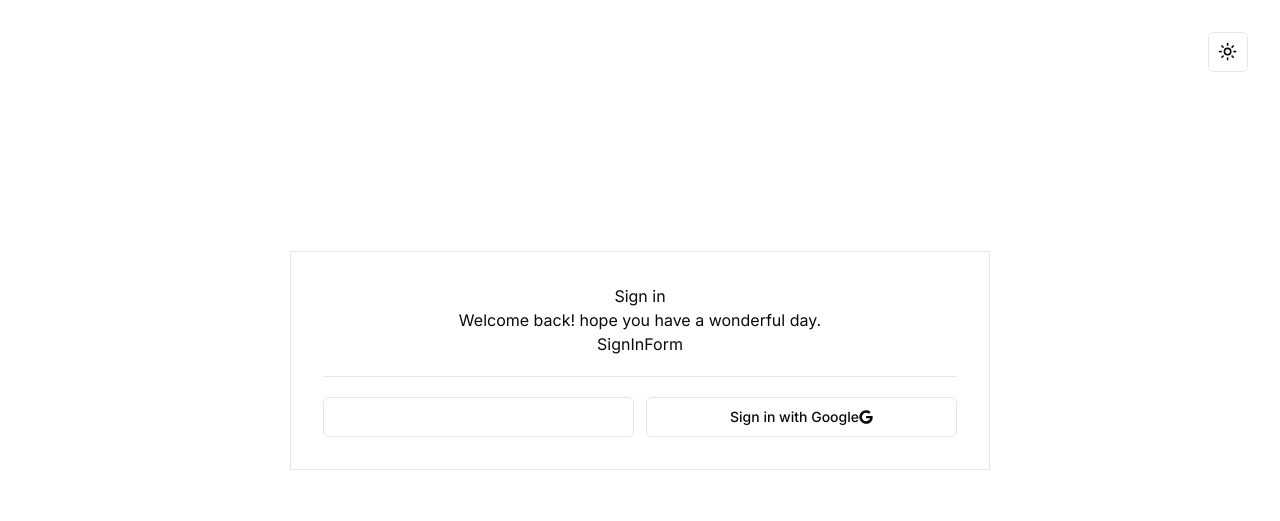
Repository: nickgoel31/authentication-toolkit
Page: /sign-in
The author's editor kept a copy of each file at every save. The page is drawn from the files as they stood at one save, then again after the next save.
The browser window is 1280 px wide. The pictures show the whole page.
The project was rebuilt for these pictures with package versions that can differ from the ones it lists, and the page was loaded fresh each time. The framework's server and built-in components were replaced by stand-ins that run in the browser. Also part of the build but not shown: next.config.mjs.

Above is the page before, as saved 2024-02-04 13:24:56.

### app/layout.tsx
import type { Metadata } from "next";
import { Inter } from "next/font/google";
import "./globals.css";
import { ThemeProvider } from "@/providers/theme-provider";
import { ModeToggle } from "@/components/mode-toggle";

const inter = Inter({ subsets: ["latin"] });

export const metadata: Metadata = {
  title: "Authentication App",
  description: "Generated by create next app",
};

export default function RootLayout({
  children,
}: Readonly<{
  children: React.ReactNode;
}>) {
  return (
    <html lang="en">
      <body className={inter.className}>
      <ThemeProvider
        attribute="class"
        defaultTheme="system"
        enableSystem
        disableTransitionOnChange
        >
        <div className="relative h-full">
          {children}
          <div className="absolute top-8 right-8">
            <ModeToggle />
          </div>
        </div>

      </ThemeProvider>
      </body>
    </html>
  );
}

### app/(auth)/layout.tsx
import React from 'react'

const AuthLayout = ({children} : {children:React.ReactNode}) => {
  return (
    <div className='h-full flex flex-col items-center justify-center'>
        {children}
    </div>
  )
}

export default AuthLayout

### app/(auth)/sign-in/page.tsx
import FormWrapper from '@/components/auth/form-wrapper'
import SignInForm from '@/components/auth/sign-in-form'
import React from 'react'

const SignInPage = () => {
  return (
    <FormWrapper
    title='Sign in'
    tag='Welcome back! hope you have a wonderful day.'
    backHref='/sign-up'
    backLabel="Don't have an account?"
    showSocial
    >
      <SignInForm />
    </FormWrapper>
  )
}

export default SignInPage

### app/globals.css
@tailwind base;
@tailwind components;
@tailwind utilities;

html,body{
  height: 100%;
}

@layer base {
  :root {
    --background: 0 0% 100%;
    --foreground: 0 0% 3.9%;

    --card: 0 0% 100%;
    --card-foreground: 0 0% 3.9%;

    --popover: 0 0% 100%;
    --popover-foreground: 0 0% 3.9%;

    --primary: 0 0% 9%;
    --primary-foreground: 0 0% 98%;

    --secondary: 0 0% 96.1%;
    --secondary-foreground: 0 0% 9%;

    --muted: 0 0% 96.1%;
    --muted-foreground: 0 0% 45.1%;

    --accent: 0 0% 96.1%;
    --accent-foreground: 0 0% 9%;

    --destructive: 0 84.2% 60.2%;
    --destructive-foreground: 0 0% 98%;

    --border: 0 0% 89.8%;
    --input: 0 0% 89.8%;
    --ring: 0 0% 3.9%;

    --radius: 0.5rem;
  }

  .dark {
    --background: 0 0% 3.9%;
    --foreground: 0 0% 98%;

    --card: 0 0% 3.9%;
    --card-foreground: 0 0% 98%;

    --popover: 0 0% 3.9%;
    --popover-foreground: 0 0% 98%;

    --primary: 0 0% 98%;
    --primary-foreground: 0 0% 9%;

    --secondary: 0 0% 14.9%;
    --secondary-foreground: 0 0% 98%;

    --muted: 0 0% 14.9%;
    --muted-foreground: 0 0% 63.9%;

    --accent: 0 0% 14.9%;
    --accent-foreground: 0 0% 98%;

    --destructive: 0 62.8% 30.6%;
    --destructive-foreground: 0 0% 98%;

    --border: 0 0% 14.9%;
    --input: 0 0% 14.9%;
    --ring: 0 0% 83.1%;
  }
}

@layer base {
  * {
    @apply border-border;
  }
  body {
    @apply bg-background text-foreground;
  }
}

### components/mode-toggle.tsx
"use client"

import * as React from "react"
import { Moon, Sun } from "lucide-react"
import { useTheme } from "next-themes"

import { Button } from "@/components/ui/button"
import {
  DropdownMenu,
  DropdownMenuContent,
  DropdownMenuItem,
  DropdownMenuTrigger,
} from "@/components/ui/dropdown-menu"

export function ModeToggle() {
  const { setTheme } = useTheme()

  return (
    <DropdownMenu>
      <DropdownMenuTrigger asChild>
        <Button variant="outline" size="icon">
          <Sun className="h-[1.2rem] w-[1.2rem] rotate-0 scale-100 transition-all dark:-rotate-90 dark:scale-0" />
          <Moon className="absolute h-[1.2rem] w-[1.2rem] rotate-90 scale-0 transition-all dark:rotate-0 dark:scale-100" />
          <span className="sr-only">Toggle theme</span>
        </Button>
      </DropdownMenuTrigger>
      <DropdownMenuContent align="end">
        <DropdownMenuItem onClick={() => setTheme("light")}>
          Light
        </DropdownMenuItem>
        <DropdownMenuItem onClick={() => setTheme("dark")}>
          Dark
        </DropdownMenuItem>
        <DropdownMenuItem onClick={() => setTheme("system")}>
          System
        </DropdownMenuItem>
      </DropdownMenuContent>
    </DropdownMenu>
  )
}

### components/auth/form-wrapper.tsx
import React from 'react'
import { Button } from '../ui/button';
import { FaGoogle } from 'react-icons/fa6';

interface FormWrapperProps {
    children:React.ReactNode;
    title?: string | undefined;
    tag?: string | undefined;
    showSocial?: boolean;
    backHref?: string | undefined;
    backLabel?: string | undefined;
}

const FormWrapper = ({children, title, tag, backHref, backLabel, showSocial=false} : FormWrapperProps) => {
  return (
    <div className='flex flex-col items-center justify-center text-center p-8 border w-[700px]'>
        <h2>{title}</h2>
        <p>{tag}</p>
        {children}

        <div className='w-full'>
            {showSocial && (
                <>
                    <hr  className='mt-5 mb-5'/>
                    <div className='flex items-center justify-center gap-3 w-full'>
                        <Button variant={'outline'} className='w-full'></Button>
                        <Button variant={'outline'} className='w-full'>Sign in with  Google<FaGoogle /></Button>
                    </div>
                </>
            )}
        </div>
    </div>
  )
}

export default FormWrapper

### components/ui/button.tsx
import * as React from "react"
import { Slot } from "@radix-ui/react-slot"
import { cva, type VariantProps } from "class-variance-authority"

import { cn } from "@/lib/utils"

const buttonVariants = cva(
  "inline-flex items-center justify-center whitespace-nowrap rounded-md text-sm font-medium ring-offset-background transition-colors focus-visible:outline-none focus-visible:ring-2 focus-visible:ring-ring focus-visible:ring-offset-2 disabled:pointer-events-none disabled:opacity-50",
  {
    variants: {
      variant: {
        default: "bg-primary text-primary-foreground hover:bg-primary/90",
        destructive:
          "bg-destructive text-destructive-foreground hover:bg-destructive/90",
        outline:
          "border border-input bg-background hover:bg-accent hover:text-accent-foreground",
        secondary:
          "bg-secondary text-secondary-foreground hover:bg-secondary/80",
        ghost: "hover:bg-accent hover:text-accent-foreground",
        link: "text-primary underline-offset-4 hover:underline",
      },
      size: {
        default: "h-10 px-4 py-2",
        sm: "h-9 rounded-md px-3",
        lg: "h-11 rounded-md px-8",
        icon: "h-10 w-10",
      },
    },
    defaultVariants: {
      variant: "default",
      size: "default",
    },
  }
)

export interface ButtonProps
  extends React.ButtonHTMLAttributes<HTMLButtonElement>,
    VariantProps<typeof buttonVariants> {
  asChild?: boolean
}

const Button = React.forwardRef<HTMLButtonElement, ButtonProps>(
  ({ className, variant, size, asChild = false, ...props }, ref) => {
    const Comp = asChild ? Slot : "button"
    return (
      <Comp
        className={cn(buttonVariants({ variant, size, className }))}
        ref={ref}
        {...props}
      />
    )
  }
)
Button.displayName = "Button"

export { Button, buttonVariants }

### components/ui/dropdown-menu.tsx
"use client"

import * as React from "react"
import * as DropdownMenuPrimitive from "@radix-ui/react-dropdown-menu"
import { Check, ChevronRight, Circle } from "lucide-react"

import { cn } from "@/lib/utils"

const DropdownMenu = DropdownMenuPrimitive.Root

const DropdownMenuTrigger = DropdownMenuPrimitive.Trigger

const DropdownMenuGroup = DropdownMenuPrimitive.Group

const DropdownMenuPortal = DropdownMenuPrimitive.Portal

const DropdownMenuSub = DropdownMenuPrimitive.Sub

const DropdownMenuRadioGroup = DropdownMenuPrimitive.RadioGroup

const DropdownMenuSubTrigger = React.forwardRef<
  React.ElementRef<typeof DropdownMenuPrimitive.SubTrigger>,
  React.ComponentPropsWithoutRef<typeof DropdownMenuPrimitive.SubTrigger> & {
    inset?: boolean
  }
>(({ className, inset, children, ...props }, ref) => (
  <DropdownMenuPrimitive.SubTrigger
    ref={ref}
    className={cn(
      "flex cursor-default select-none items-center rounded-sm px-2 py-1.5 text-sm outline-none focus:bg-accent data-[state=open]:bg-accent",
      inset && "pl-8",
      className
    )}
    {...props}
  >
    {children}
    <ChevronRight className="ml-auto h-4 w-4" />
  </DropdownMenuPrimitive.SubTrigger>
))
DropdownMenuSubTrigger.displayName =
  DropdownMenuPrimitive.SubTrigger.displayName

const DropdownMenuSubContent = React.forwardRef<
  React.ElementRef<typeof DropdownMenuPrimitive.SubContent>,
  React.ComponentPropsWithoutRef<typeof DropdownMenuPrimitive.SubContent>
>(({ className, ...props }, ref) => (
  <DropdownMenuPrimitive.SubContent
    ref={ref}
    className={cn(
      "z-50 min-w-[8rem] overflow-hidden rounded-md border bg-popover p-1 text-popover-foreground shadow-lg data-[state=open]:animate-in data-[state=closed]:animate-out data-[state=closed]:fade-out-0 data-[state=open]:fade-in-0 data-[state=closed]:zoom-out-95 data-[state=open]:zoom-in-95 data-[side=bottom]:slide-in-from-top-2 data-[side=left]:slide-in-from-right-2 data-[side=right]:slide-in-from-left-2 data-[side=top]:slide-in-from-bottom-2",
      className
    )}
    {...props}
  />
))
DropdownMenuSubContent.displayName =
  DropdownMenuPrimitive.SubContent.displayName

const DropdownMenuContent = React.forwardRef<
  React.ElementRef<typeof DropdownMenuPrimitive.Content>,
  React.ComponentPropsWithoutRef<typeof DropdownMenuPrimitive.Content>
>(({ className, sideOffset = 4, ...props }, ref) => (
  <DropdownMenuPrimitive.Portal>
    <DropdownMenuPrimitive.Content
      ref={ref}
      sideOffset={sideOffset}
      className={cn(
        "z-50 min-w-[8rem] overflow-hidden rounded-md border bg-popover p-1 text-popover-foreground shadow-md data-[state=open]:animate-in data-[state=closed]:animate-out data-[state=closed]:fade-out-0 data-[state=open]:fade-in-0 data-[state=closed]:zoom-out-95 data-[state=open]:zoom-in-95 data-[side=bottom]:slide-in-from-top-2 data-[side=left]:slide-in-from-right-2 data-[side=right]:slide-in-from-left-2 data-[side=top]:slide-in-from-bottom-2",
        className
      )}
      {...props}
    />
  </DropdownMenuPrimitive.Portal>
))
DropdownMenuContent.displayName = DropdownMenuPrimitive.Content.displayName

const DropdownMenuItem = React.forwardRef<
  React.ElementRef<typeof DropdownMenuPrimitive.Item>,
  React.ComponentPropsWithoutRef<typeof DropdownMenuPrimitive.Item> & {
    inset?: boolean
  }
>(({ className, inset, ...props }, ref) => (
  <DropdownMenuPrimitive.Item
    ref={ref}
    className={cn(
      "relative flex cursor-default select-none items-center rounded-sm px-2 py-1.5 text-sm outline-none transition-colors focus:bg-accent focus:text-accent-foreground data-[disabled]:pointer-events-none data-[disabled]:opacity-50",
      inset && "pl-8",
      className
    )}
    {...props}
  />
))
DropdownMenuItem.displayName = DropdownMenuPrimitive.Item.displayName

const DropdownMenuCheckboxItem = React.forwardRef<
  React.ElementRef<typeof DropdownMenuPrimitive.CheckboxItem>,
  React.ComponentPropsWithoutRef<typeof DropdownMenuPrimitive.CheckboxItem>
>(({ className, children, checked, ...props }, ref) => (
  <DropdownMenuPrimitive.CheckboxItem
    ref={ref}
    className={cn(
      "relative flex cursor-default select-none items-center rounded-sm py-1.5 pl-8 pr-2 text-sm outline-none transition-colors focus:bg-accent focus:text-accent-foreground data-[disabled]:pointer-events-none data-[disabled]:opacity-50",
      className
    )}
    checked={checked}
    {...props}
  >
    <span className="absolute left-2 flex h-3.5 w-3.5 items-center justify-center">
      <DropdownMenuPrimitive.ItemIndicator>
        <Check className="h-4 w-4" />
      </DropdownMenuPrimitive.ItemIndicator>
    </span>
    {children}
  </DropdownMenuPrimitive.CheckboxItem>
))
DropdownMenuCheckboxItem.displayName =
  DropdownMenuPrimitive.CheckboxItem.displayName

const DropdownMenuRadioItem = React.forwardRef<
  React.ElementRef<typeof DropdownMenuPrimitive.RadioItem>,
  React.ComponentPropsWithoutRef<typeof DropdownMenuPrimitive.RadioItem>
>(({ className, children, ...props }, ref) => (
  <DropdownMenuPrimitive.RadioItem
    ref={ref}
    className={cn(
      "relative flex cursor-default select-none items-center rounded-sm py-1.5 pl-8 pr-2 text-sm outline-none transition-colors focus:bg-accent focus:text-accent-foreground data-[disabled]:pointer-events-none data-[disabled]:opacity-50",
      className
    )}
    {...props}
  >
    <span className="absolute left-2 flex h-3.5 w-3.5 items-center justify-center">
      <DropdownMenuPrimitive.ItemIndicator>
        <Circle className="h-2 w-2 fill-current" />
      </DropdownMenuPrimitive.ItemIndicator>
    </span>
    {children}
  </DropdownMenuPrimitive.RadioItem>
))
DropdownMenuRadioItem.displayName = DropdownMenuPrimitive.RadioItem.displayName

const DropdownMenuLabel = React.forwardRef<
  React.ElementRef<typeof DropdownMenuPrimitive.Label>,
  React.ComponentPropsWithoutRef<typeof DropdownMenuPrimitive.Label> & {
    inset?: boolean
  }
>(({ className, inset, ...props }, ref) => (
  <DropdownMenuPrimitive.Label
    ref={ref}
    className={cn(
      "px-2 py-1.5 text-sm font-semibold",
      inset && "pl-8",
      className
    )}
    {...props}
  />
))
DropdownMenuLabel.displayName = DropdownMenuPrimitive.Label.displayName

const DropdownMenuSeparator = React.forwardRef<
  React.ElementRef<typeof DropdownMenuPrimitive.Separator>,
  React.ComponentPropsWithoutRef<typeof DropdownMenuPrimitive.Separator>
>(({ className, ...props }, ref) => (
  <DropdownMenuPrimitive.Separator
    ref={ref}
    className={cn("-mx-1 my-1 h-px bg-muted", className)}
    {...props}
  />
))
DropdownMenuSeparator.displayName = DropdownMenuPrimitive.Separator.displayName

const DropdownMenuShortcut = ({
  className,
  ...props
}: React.HTMLAttributes<HTMLSpanElement>) => {
  return (
    <span
      className={cn("ml-auto text-xs tracking-widest opacity-60", className)}
      {...props}
    />
  )
}
DropdownMenuShortcut.displayName = "DropdownMenuShortcut"

export {
  DropdownMenu,
  DropdownMenuTrigger,
  DropdownMenuContent,
  DropdownMenuItem,
  DropdownMenuCheckboxItem,
  DropdownMenuRadioItem,
  DropdownMenuLabel,
  DropdownMenuSeparator,
  DropdownMenuShortcut,
  DropdownMenuGroup,
  DropdownMenuPortal,
  DropdownMenuSub,
  DropdownMenuSubContent,
  DropdownMenuSubTrigger,
  DropdownMenuRadioGroup,
}

Loaded but not shown: providers/theme-provider.tsx (common file); components/auth/sign-in-form.tsx (common file); lib/utils.ts (common file); tailwind.config.ts (common file)

After the next save:
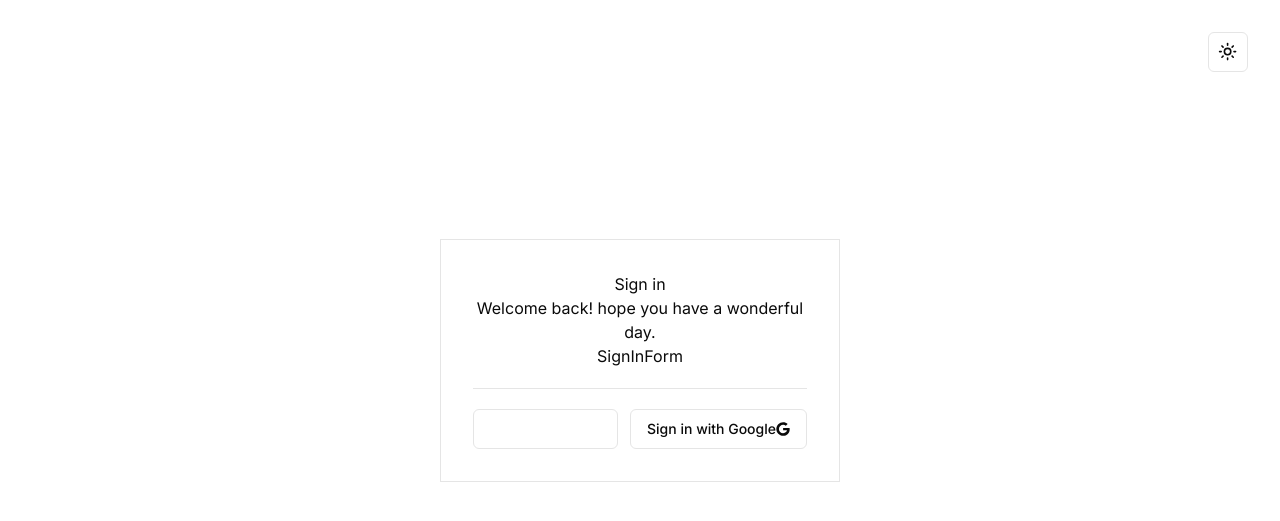
Saved 8 s later.
--- a/components/auth/form-wrapper.tsx
+++ b/components/auth/form-wrapper.tsx
@@ -13,7 +13,7 @@ interface FormWrapperProps {
 
 const FormWrapper = ({children, title, tag, backHref, backLabel, showSocial=false} : FormWrapperProps) => {
   return (
-    <div className='flex flex-col items-center justify-center text-center p-8 border w-[700px]'>
+    <div className='flex flex-col items-center justify-center text-center p-8 border w-[400px]'>
         <h2>{title}</h2>
         <p>{tag}</p>
         {children}
